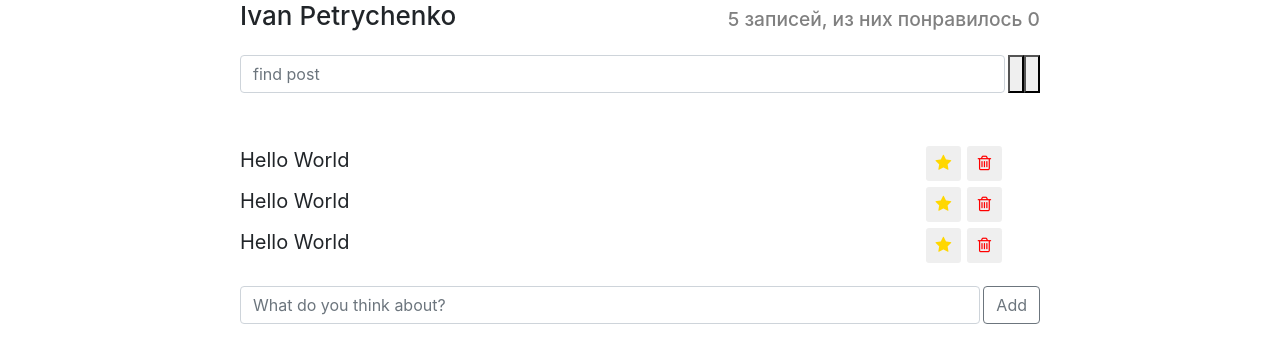
Repository: RomanFPL/Like-twiter
Page: /
The author's editor kept a copy of each file at every save. The page is drawn from the files as they stood at one save, then again after the next save.
The browser window is 1280 px wide. The pictures show the whole page.
The project was rebuilt for these pictures with package versions that can differ from the ones it lists, and the page was loaded fresh each time.

Above is the page before, as saved 2021-03-22 23:37:26.

After the next save:
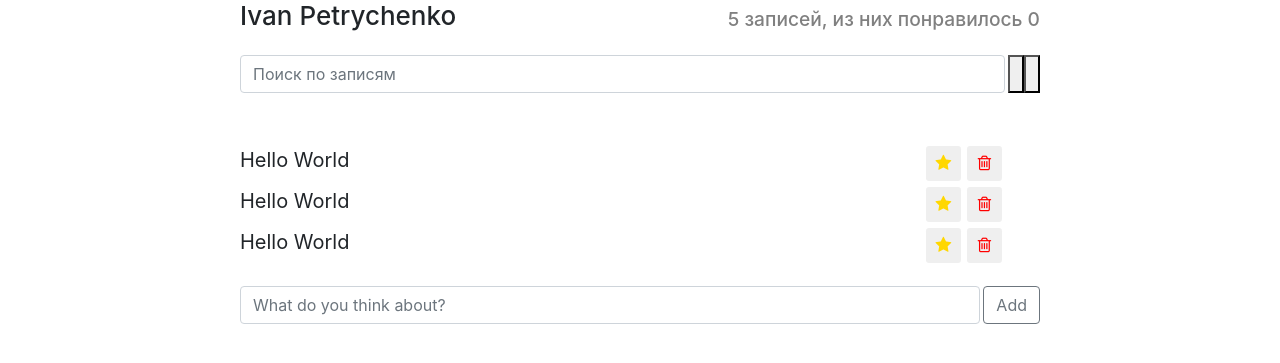
Saved 70 s later.
--- a/src/components/search-panel/search-panel.js
+++ b/src/components/search-panel/search-panel.js
@@ -5,12 +5,11 @@
 const SearchPanel = () => {
     return (
         <input
-        className="form-control search-input"
-        type="text"
-        placeholder="find post"
+            className="form-control search-input"
+            type="text"
+            placeholder="Поиск по записям"
         />
     )
 }
 
-
 export default SearchPanel;

After the save that followed:
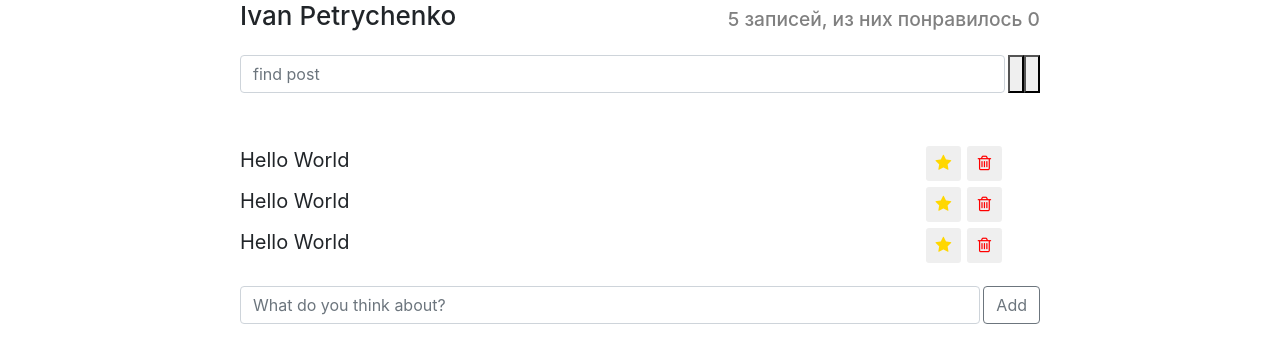
Saved 7 s later.
--- a/src/components/search-panel/search-panel.js
+++ b/src/components/search-panel/search-panel.js
@@ -7,7 +7,7 @@
         <input
             className="form-control search-input"
             type="text"
-            placeholder="Поиск по записям"
+            placeholder="find post"
         />
     )
 }
